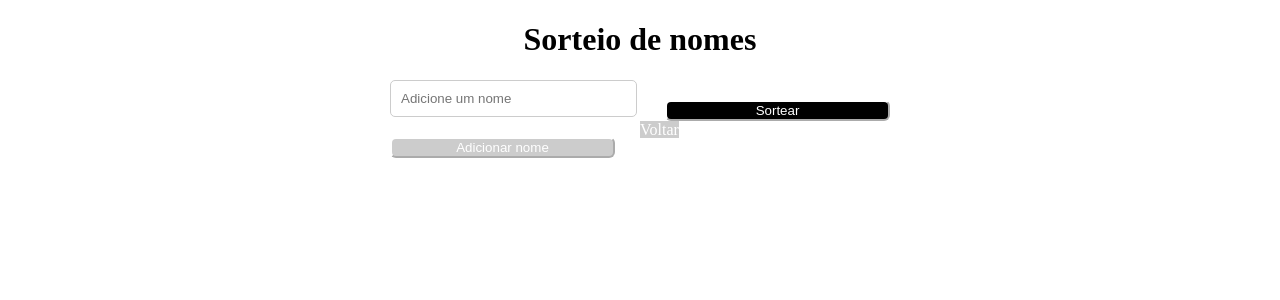
Repository: Matheus904-12/sorte
Page: sorteio-nomes.html
These files come from the project's save history. The page is drawn as it stood at one moment and after the next save; the edit follows.
The browser window is 1280 px wide. The pictures show the whole page.
The pointer rests on the first visible `.btn-primary`.

Above is the page before, as saved 2023-09-10 12:10:46.

### sorteio-nomes.html
<!DOCTYPE html>
<html lang="pt-br">
<head>
  <meta charset="UTF-8">
  <title>Sorteio de nomes</title>
</head>
<body>
  <div class="container">
    <h1 class="text-center">Sorteio de nomes</h1>
    <div class="box">
      <input type="text" id="nome" placeholder="Adicione um nome" class="form-control">
      <button id="adicionar" class="btn btn-primary">Adicionar nome</button>
    </div>
    <ul id="nomes">
        <!-- Nomes a serem sorteados -->
      </ul>

    <div class="results">
      <button id="sortear" class="btn btn-primary">Sortear</button>
      <div id="resultado" class="text-center"></div>
    </div>
    <a href="index.html" class="btn btn-secondary float-right">Voltar</a>
  </div>

  <style>
    .container {
      width: 100%;
      max-width: 500px;
      margin: 0 auto;
    }

    h1 {
      font-size: 2em;
      text-align: center;
    }

    input {
      width: 100%;
      padding: 10px;
      border: 1px solid #ccc;
      border-radius: 5px;
    }

    button {
      width: 100%;
      margin-top: 20px;
      background-color: #000;
      color: #fff;
      text-decoration: none;
      cursor: pointer;
    }

    div.box {
      width: 45%;
      margin-right: 5%;
      float: left;
    }

    div.results {
      width: 45%;
      float: right;
    }

    div.resultado {
      margin-top: 20px;
      text-align: center;
      font-size: 1.5em;
    }

    a {
      color: #000;
      text-decoration: none;
    }

    a:hover {
      text-decoration: underline;
    }

    .btn-primary {
      color: #fff;
      border-color: #fff;
      background-color: #000;
      border-radius: 6px;
    }

    .btn-primary:hover {
      background-color: #ccc;
    }

    .btn-secondary {
      color: #fff;
      border-color: #fff;
      background-color: #ccc;
    }

    .btn-secondary:hover {
      background-color: #999;
    }
  </style>
  <script>

// Função para registrar um nome na lista
function registrarNome() {
  // Obtém o nome digitado no campo de entrada
  var nome = document.querySelector("#nome").value;

  // Verifica se o nome não é vazio
  if (nome === "") {
    alert("O nome não pode ser vazio.");
    return;
  }

  // Cria um elemento <li> com o nome
  var li = document.createElement("li");
  li.innerHTML = nome;

  // Adiciona o elemento <li> à lista
  var nomes = document.querySelector("#nomes");
  nomes.appendChild(li);
}

// Função para sortear um nome da lista
function sortear() {
  // Obtém o número de itens na lista
  var len = document.querySelector("#nomes").children.length;

  // Gera um número aleatório entre 0 e o número de itens
  var index = Math.floor(Math.random() * len);

  // Obtém o nome sorteado
  var nome = document.querySelector("#nomes").children[index].innerHTML;

  // Exibe o nome sorteado
  document.querySelector("#resultado").innerHTML = nome;
}

// Evento para o botão de adicionar nome
document.querySelector("#adicionar").addEventListener("click", registrarNome);

// Evento para o botão de sorteio
document.querySelector("#sortear").addEventListener("click", sortear);


  </script>
</body>
</html>

After the next save:
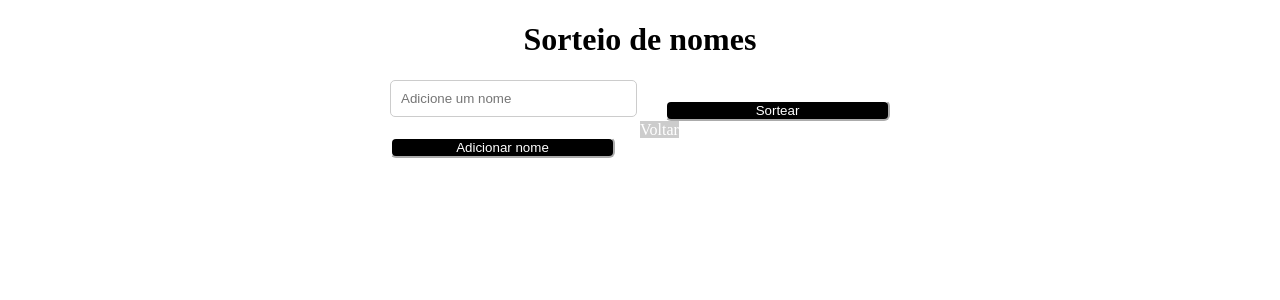
Saved 28 s later.
--- a/sorteio-nomes.html
+++ b/sorteio-nomes.html
@@ -84,7 +84,7 @@
     }
 
     .btn-primary:hover {
-      background-color: #ccc;
+
     }
 
     .btn-secondary {
